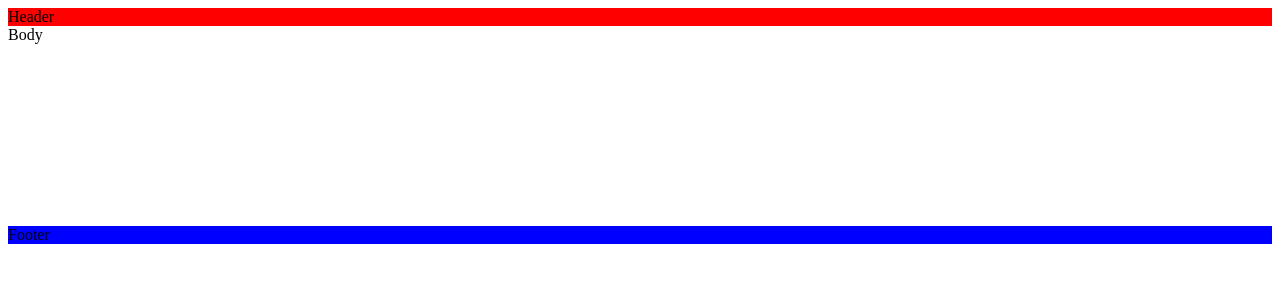
Repository: slowmoter1/samurai_HTML-CSS
Page: ninni.html
The author's editor kept a record of every edit. The page is drawn from the files as they stood at one moment, then again after the next edit.
The browser window is 1280 px wide. The pictures show the whole page.

Above is the page before.

After the next edit:
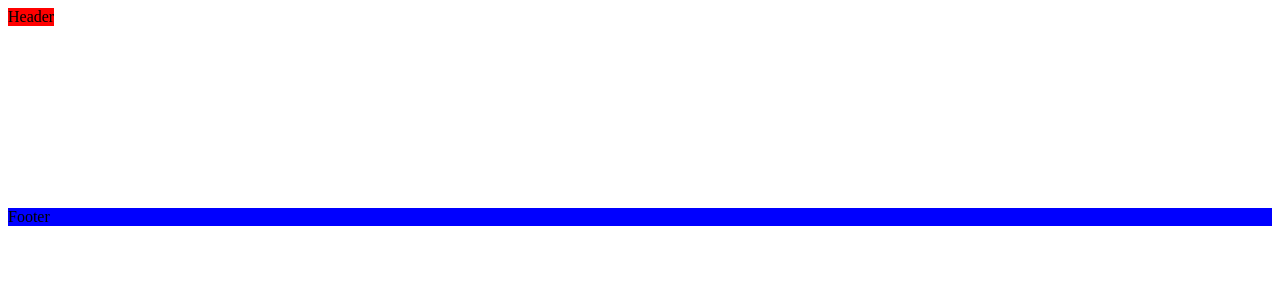
The edit:
--- a/ninni.html
+++ b/ninni.html
@@ -1,7 +1,11 @@
 <html lang="ja">
     <head>
         <style>
-            header{background-color: red;}
+            header{
+                background-color: red;
+                position: fixed;
+
+            }
             footer{
                 background-color: blue;
             }
